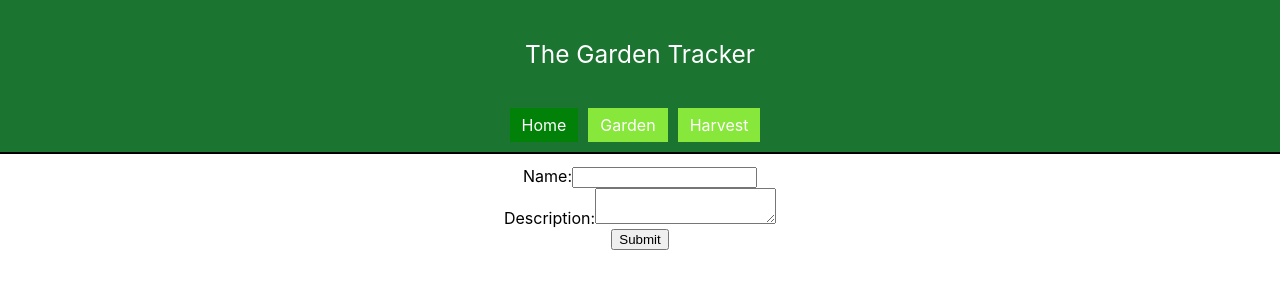
Repository: charliejp0311/ReactReduxFinal
Page: /garden (app in gardentracker/)
These files come from the project's save history. The page is drawn as it stood at one moment and after the next save; the edit follows.
The browser window is 1280 px wide. The pictures show the whole page.
The pointer rests on the first visible `a`.
The page's requests for data from a server got no answer. The project was rebuilt for these pictures with package versions that can differ from the ones it lists, and the page was loaded fresh each time. No one was signed in, and anything a server would have sent is missing. Also part of the build but not shown: gardentracker/src/containers/GardenbookContainer.js, gardentracker/src/components/GardenPlant.js, gardentracker/src/components/HarvestPlant.js, gardentracker/src/containers/HarvestContainer.js, gardentracker/src/components/UpdatePlantForm.js, gardentracker/src/components/NoteForm.js, gardentracker/src/components/noteList.js, gardentracker/src/containers/PlantContainer.js and 1 more.

Above is the page before, as saved 2020-11-09 12:21:00.

### gardentracker/src/index.js
import React from 'react';
import ReactDOM from 'react-dom';
//style
import './index.css';
//APP
import App from './containers/App';
//Reducer
import reducer from './redux/index'
//router
import { BrowserRouter } from "react-router-dom";
//store and middleware
import { Provider } from 'react-redux';
import { applyMiddleware, createStore } from 'redux';
import { composeWithDevTools } from 'redux-devtools-extension';
import thunk from 'redux-thunk';

const store = createStore(reducer, composeWithDevTools(
  applyMiddleware(thunk),
));


ReactDOM.render(
  <Provider store={store}>
    <BrowserRouter>
      <App />
    </BrowserRouter>
  </Provider>,
  document.getElementById('root')
);

### gardentracker/src/containers/App.js
import React,{Component} from 'react';
import '../App.css';
import { connect } from 'react-redux';
import {startSetGardenbook} from '../redux/actions';
import {Switch,Route} from 'react-router-dom';
import GardenbookContainer from './GardenbookContainer';
import GardenContainer from './GardenContainer';
import HarvestContainer from './HarvestContainer';
import PlantContainer from './PlantContainer';
import NavBar from '../components/Navbar';
import HarvestedPlant from '../components/HarvestedPlant';

class App extends Component {


  componentDidMount(){
    this.props.startSetGardenbook();

  };

  render(){
    return (
      <div className="App">
          <header className="App-header">
            The Garden Tracker
          </header>
          <NavBar />
          <Switch>
            <Route exact path='/' render={(props)=><GardenbookContainer {...props} />} />
            <Route exact path='/garden' render={(props)=><GardenContainer {...props} />}/>
            <Route exact path='/harvest' render={(props)=><HarvestContainer {...props}/>}/>
            <Route exact path='/plants/:id' render={(props)=><PlantContainer {...props}  />}/>
            <Route exact path='/harvested_plant/:id' render={props=><HarvestedPlant {...props} />} />
          </Switch>
      </div>
    );
  };
}

export default connect(null, {startSetGardenbook})(App);

### gardentracker/src/redux/index.js
import { combineReducers } from 'redux';
import garden from './GardenReducer'

export default combineReducers({
    garden
})

### gardentracker/src/App.css
.App {
  text-align: center;
}

.App-logo {
  height: 40vmin;
  pointer-events: none;
}

@media (prefers-reduced-motion: no-preference) {
  .App-logo {
    animation: App-logo-spin infinite 20s linear;
  }
}

.App-header {
  background-color: #1b7531;
  min-height: 15vh;
  display: flex;
  flex-direction: column;
  align-items: center;
  justify-content: center;
  font-size: calc(10px + 2vmin);
  color: white;
}



.App-link {
  color: #beebf8;
}

.garden {
  display: grid;
  grid-template-columns: 3fr;
  grid-template-rows: auto;
  grid-gap: 25px;
  padding-top: 10px;
  padding-bottom: 30px;
}

.plant {
  height: auto;
  width: auto;
  box-shadow: 10px 10px grey;
  padding: 10px;
  border-radius: 10px;
}

a:link,
a:visited {
  background-color: #88e73b;
  color: white;
  padding: 7px 12px;
  text-align: center;
  text-decoration: none;
  display: inline-block;
}

a:hover,
a:active {
  background-color: rgb(2, 129, 8);
}

@keyframes App-logo-spin {
  from {
    transform: rotate(0deg);
  }
  to {
    transform: rotate(360deg);
  }
}

### gardentracker/src/redux/actions.js

export const startSetGardenbook = () => {
    return(dispatch, getState)=>{
        fetch('http://localhost:3001/gardenbooks/1')
            .then(resp=>resp.json())
            .then(data=> dispatch(setGardenbook(data)))
    };
};

export const startAddPlant = (plantData={}) => {
    const {name,description,gardenbook_id} = plantData;
    const plant ={
        name,
        description,
        gardenbook_id,
    };
    let configObj = {
        method: "POST",
        headers: {
            "Content-Type": "application/json",
            "Accept": "application/json"
        },
        body: JSON.stringify(plant)
    };
    return (dispatch, getState) =>{
        fetch(`http://localhost:3001/plants`, configObj )
        .then(resp=>resp.json())
        .then(json=>dispatch(addPlant(json)))
    };
};

export const startUpdatePlant = (plantData={}) => {
    const {name,description,gardenbook_id, id, growing} = plantData;
    const plant ={
        id,
        name,
        description,
        gardenbook_id,
        growing,
    };
    let configObj = {
        method: "PATCH",
        headers: {
            "Content-Type": "application/json",
            "Accept": "application/json"
        },
        body: JSON.stringify(plant)
    };
    return (dispatch, getState) =>{
        fetch(`http://localhost:3001/plants/${plant.id}`, configObj )
        .then(resp=>resp.json())
        .then(json=>dispatch(updatePlant(json)))
    };
};

export const startDeletePlant = (plantData={}) => {
    const {name,description,gardenbook_id, id, growing} = plantData;
    const plant ={
        id,
        name,
        description,
        gardenbook_id,
        growing,
    };
    let configObj = {
        method: "DELETE",
        headers: {
            "Content-Type": "application/json",
            "Accept": "application/json"
        },
        body: JSON.stringify(plant)
    };
    return (dispatch, getState) =>{
        fetch(`http://localhost:3001/plants/${plant.id}`, configObj )
        .then(resp=>resp.json())
        .then(json=>dispatch(deletePlant(json)))
    };
};
export const startDeleteNote = (id = '') => {
    const note = {
        id: id,
    }
    let configObj = {
        method: "DELETE",
        headers: {
            "Content-Type": "application/json",
            "Accept": "application/json"
        },
        body: JSON.stringify(note),
    };
    return (dispatch, getState) =>{
        fetch(`http://localhost:3001/notes/${note.id}`, configObj )
        .then(resp=>resp.json())
        .then(json=>dispatch(deleteNote(json)))
    };
};

export const startAddNote = (noteData={}) => {
    const {note,plant_id,gardenbook_id,actionId} = noteData;
    const newNote ={
        note,
        plant_id,
        gardenbook_id,
        action_id: actionId
    };
    let configObj = {
        method: "POST",
        headers: {
            "Content-Type": "application/json",
            "Accept": "application/json"
        },
        body: JSON.stringify(newNote)
    };
    return (dispatch, getState) =>{
        fetch(`http://localhost:3001/notes`, configObj )
        .then(resp=>resp.json())
        .then(json=>dispatch(addNote(json)))
    };
};

export const setGardenbook = (book)=>{
    return{
        type: "SET_GARDENBOOK",
        book
    }
}


//PLANTS
export const addPlant = (plant) => {
    return {type: 'ADD_PLANT',plant}
}
export const updatePlant = (plant) =>{
    return {type: 'UPDATE_PLANT',plant}
}
export const deletePlant = (plant) => {
    return {type: 'DELETE_PLANT',plant}
}
export const harvestPlant = (plant) => {
    return {type: 'HARVEST_PLANT',plant}
}

////NOTES

export const addNote = (note) => {
    return {type: 'ADD_NOTE',note}
}
export const deleteNote = (note) => {
    return {type: 'DELETE_NOTE',note}
}

### gardentracker/src/containers/GardenContainer.js
import React,{Component} from 'react';
import {connect} from 'react-redux';
import  PlantForm  from "../components/PlantForm";
import  PlantList  from "../components/PlantList";

class GardenContainer extends Component{

    render(){
        const plant = {}
        return(
        <div>
            <PlantForm plant={plant} gardenbook_id={this.props.id} />
            <PlantList garden={this.props.garden} notes={this.props.notes}/>
        </div>
        );
    };
};

const mapStateToProps = state => {
    return{
        id: state.garden.id,
        garden: state.garden.garden,
        notes: state.garden.notes
    }
}

export default connect(mapStateToProps)(GardenContainer);

### gardentracker/src/components/Navbar.js
import React from 'react';
import { NavLink } from 'react-router-dom';

const NavBar = () => {
  return (
    <div className='navBar' style={{ borderBottom: '2px solid black', paddingBottom: '10px', marginBottom: '12px', background: '#1b7531' }}>
      <NavLink
        style={{ marginRight: '10px' }}
        to="/"
      >
        Home
      </NavLink>
      <NavLink
        style={{ marginRight: '10px' }}
        to="/garden"
      >
        Garden
      </NavLink>
      <NavLink
        style={{ marginRight: '10px' }}
        to="/harvest"
      >
        Harvest
      </NavLink>
    </div>
  );
}

export default NavBar;

### gardentracker/src/redux/GardenReducer.js
export default function garden (state = {
    id: '',
    garden: [],
    harvest: [],
    notes: [],
    actions: []
},action){
    switch (action.type) {
        case 'SET_GARDENBOOK':
            let parts = action.book.included
            let gl = []
            let hl = []
            let nl = []
            let al = []
            parts.forEach(part => {
                switch (part.type) {
                    case "action":
                        al.push(part.attributes)
                        break;
                    case "note":
                        nl.push(part.attributes)

                        break;
                    case "plant":
                        if(part.attributes.growing){
                            gl.push(part.attributes)
                        } else {
                            hl.push(part.attributes)
                        }
                        break;

                    default:
                        break;
                }
            });
            return {
                id: action.book.data.id,
                notes: nl,
                garden: gl,
                harvest: hl,
                actions: al,
            };

        case 'ADD_PLANT':
            return {
                ...state,
                garden: state.garden.concat({name: action.plant.name})
            };
        case 'UPDATE_PLANT':
            const plant = action.plant.data.attributes
            const {garden} = state
            const newG = garden.slice(0,plant.id-1)
            newG.push(plant, ...garden.slice(plant.id,garden.length))

            return {
                ...state,
                garden: newG,
            };
        case 'ADD_NOTE':
            const notesData = action.note.data
            const actionsData = action.note.included
            const actions = actionsData.map(action=>{return(action.attributes)})
            const notes = notesData.map(note=>{return(note.attributes)})
            return {
                ...state,
                notes: notes,
                actions: actions,
            };

        case 'DELETE_PLANT':
            const plants = action.plant.included;
            const freshGarden = plants.filter(plant=>plant.attributes.growing ? plant.attributes : null)

            return {
                ...state,
                garden: freshGarden.flat(),
            };
        case 'DELETE_NOTE':
            const allNotes = action.note.included;
            const ns = allNotes.map(note=>{return(note.attributes)});

            return {
                ...state,
                notes: ns,
            };

        case 'HARVEST_PLANT':
            let p = state.plants.filter(plant=>plant.name===action.plant.name) ;
            let inTheGarden = state.plants.filter(plant=>plant.name!==action.plant.name);
            return{
                ...state,
                plants: inTheGarden,
                harvest: state.harvest.concat(p),
            };

        default:
            return state;
    };
};

### gardentracker/src/components/plantForm.js
import React,{Component} from "react";
import { connect } from "react-redux";
import { startAddPlant } from '../redux/actions'
import {startSetGardenbook} from '../redux/actions';

class PlantForm extends Component {
    constructor(props){
        // console.log(props)
        super(props);
        this.state = {
            name: '',
            description: '',
        }
    }
    handleChange=e=>{
      switch (e.target.name) {
        case 'name':
            this.setState({
                ...this.state,
                name: e.target.value
            })
            break;
        case 'description':
            this.setState({
                ...this.state,
                description: e.target.value
            });
            break;
        default:
            break;
      };
    };

    handleSubmit=e=>{
        e.preventDefault();
        this.props.startAddPlant({...this.state, gardenbook_id: this.props.gardenbook_id})
        this.setState({
            ...this.state,
            name: "",
            description: "",
        });
        this.props.startSetGardenbook();
    };
    render(){
        return(
            <form onSubmit={this.handleSubmit}>
                <label htmlFor='name' >
                    Name:
                    <input type='text' name='name' onChange={this.handleChange} value={this.state.name}/>
                </label><br />
                <label htmlFor='description' >
                    Description:
                    <textarea name='description' onChange={this.handleChange} value={this.state.description}/>
                </label><br />
                <input type='submit' />
            </form>
        );
    };
};


export default connect(null,{startAddPlant, startSetGardenbook})(PlantForm);

### gardentracker/src/components/plantList.js
import React, { Component } from "react";
import {connect} from 'react-redux';
import GardenPlant from "./GardenPlant";
import HarvestPlant from "./HarvestPlant";

class PlantList extends Component{
    testHarvest(){
        let plants = []
        if (this.props.garden) {
            plants = this.props.garden.map(plant=><GardenPlant key={plant.id} plant={plant} />)
        }else{
            plants = this.props.harvest.map(plant=><HarvestPlant key={plant.id} plant={plant} />)
        }
        return plants;
    }

    render(){
        return(
            <div>{this.testHarvest()}</div>
        );
    };
};

export default connect(null)(PlantList);

Loaded but not shown: gardentracker/public/index.html (common file); gardentracker/src/index.css (common file); gardentracker/public/manifest.json (common file)

After the next save:
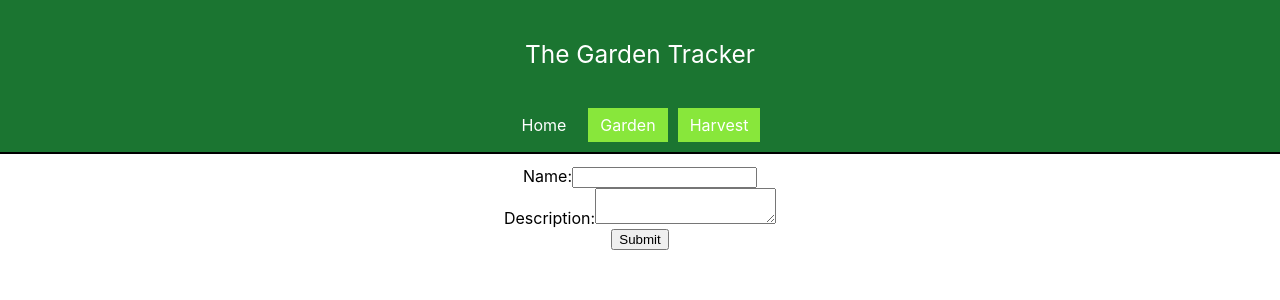
Saved 32 s later.
--- a/gardentracker/src/App.css
+++ b/gardentracker/src/App.css
@@ -59,7 +59,7 @@ a:visited {
 
 a:hover,
 a:active {
-  background-color: rgb(2, 129, 8);
+  background-color: #1b7531;
 }
 
 @keyframes App-logo-spin {
